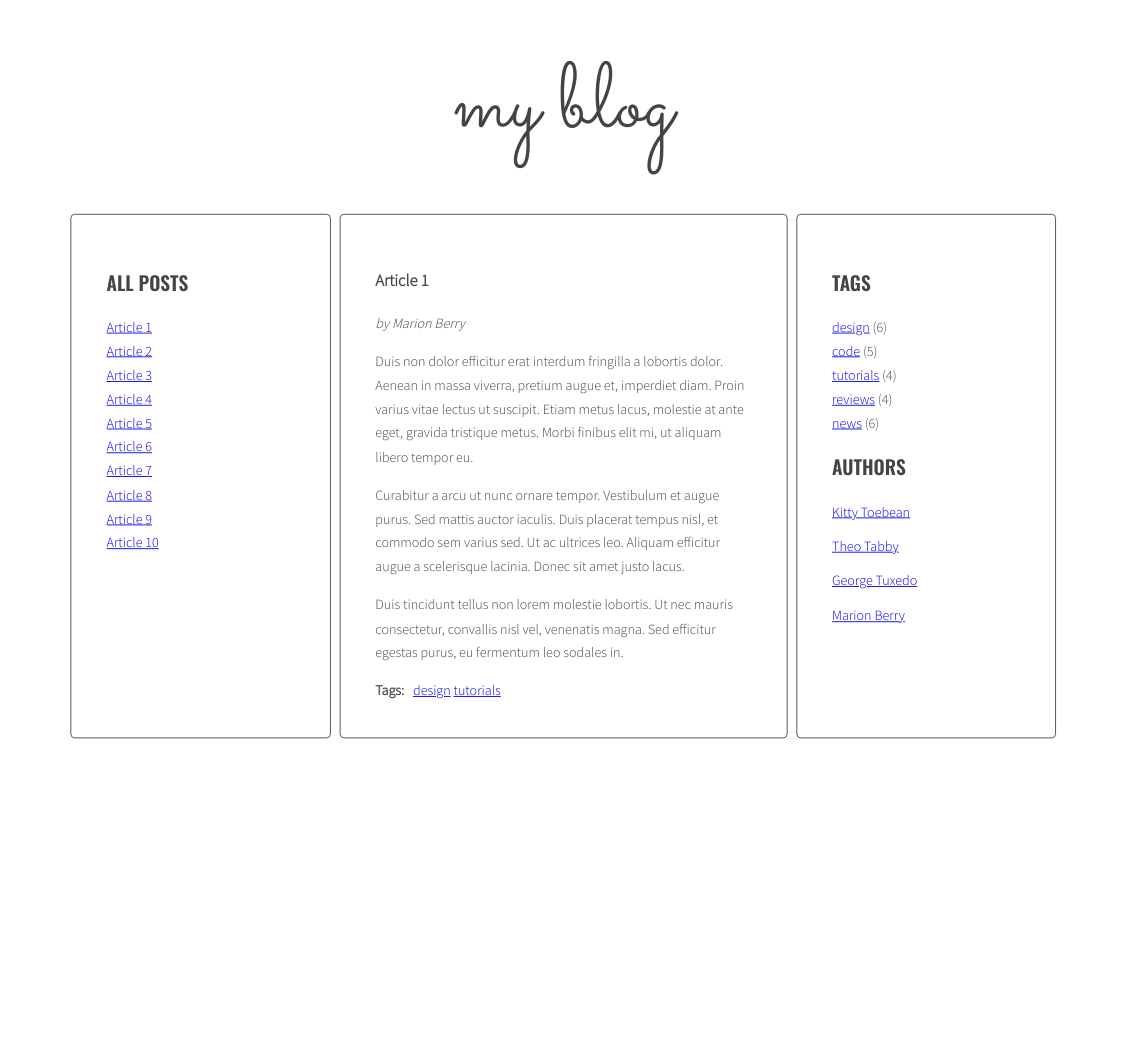
Repository: ulasup/javascript-blog
Page: index.html
An editor plug-in stored every save of this project. The page is shown before and after the next save, followed by the edit.
The browser window is 1280 px wide. The pictures show the whole page, at 88% of full size.
The style sheet was rebuilt from its Sass, Less or Tailwind sources for each picture, by a compiler version that may differ from the author's.

Above is the page before, as saved 2020-12-19 12:10:16.

### index.html
<!DOCTYPE html>
<html  lang="en">
    <head>
        <meta charset="UTF-8">
        <title>Film blog</title>
        <link rel="stylesheet" href="css/style.css">
    </head>
    <body>
        <div class="blog">
            <div class="container">
              <h1 class="logo">my blog</h1>
              <main class="wrapper">
                <aside class="sidebar">
                  <h2 class="section-title">All posts</h2>
                  <ul class="list titles">

                  </ul>
                </aside>
                <section class="posts">
                  <article class="post active" id="article-1" data-tags="design tutorials">
                    <h3 class="post-title">Article 1</h3>
                    <p class="post-author">by Marion Berry</p>
                    <div class="post-content">
                      <p>Duis non dolor efficitur erat interdum fringilla a lobortis dolor. Aenean in massa viverra, pretium augue et, imperdiet diam. Proin varius vitae lectus ut suscipit. Etiam metus lacus, molestie at ante eget, gravida tristique metus. Morbi finibus elit mi, ut aliquam libero tempor eu.</p>
                      <p>Curabitur a arcu ut nunc ornare tempor. Vestibulum et augue purus. Sed mattis auctor iaculis. Duis placerat tempus nisl, et commodo sem varius sed. Ut ac ultrices leo. Aliquam efficitur augue a scelerisque lacinia. Donec sit amet justo lacus.</p>
                      <p>Duis tincidunt tellus non lorem molestie lobortis. Ut nec mauris consectetur, convallis nisl vel, venenatis magna. Sed efficitur egestas purus, eu fermentum leo sodales in.</p>
                    </div>
                    <div class="post-tags">
                      <p><strong>Tags:</strong></p>
                      <ul class="list list-horizontal">
                        <li><a href="#">design</a></li>
                        <li><a href="#">tutorials</a></li>
                      </ul>
                    </div>
                  </article>
                  <article class="post" id="article-2" data-tags="news code">
                    <h3 class="post-title">Article 2</h3>
                    <p class="post-author">by Theo Tabby</p>
                    <div class="post-content">
                      <p>Phasellus sollicitudin, arcu vel iaculis ullamcorper, quam leo viverra orci, et faucibus quam sapien vel est. Maecenas ac suscipit elit. Nullam interdum, lorem vitae venenatis pulvinar, ex dui malesuada nunc, tempus cursus enim metus vel nulla.</p>
                      <p>Integer hendrerit, eros id efficitur dapibus, ante arcu ullamcorper orci, a iaculis felis turpis at purus. Quisque sodales posuere sapien vel consectetur. Duis dui urna, commodo non ante nec, mattis dictum enim. Donec aliquam erat sed diam lobortis, vel gravida lacus laoreet. Phasellus pretium maximus mi, eu posuere justo suscipit vel.</p>
                      <p>Nam magna nisl, varius in malesuada vitae, facilisis vel metus. Proin rhoncus euismod leo dictum lobortis. Suspendisse non ante sapien.</p>
                    </div>
                    <div class="post-tags">
                      <p><strong>Tags:</strong></p>
                      <ul class="list list-horizontal">
                        <li><a href="#">news</a></li>
                        <li><a href="#">code</a></li>
                      </ul>
                    </div>
                  </article>
                  <article class="post" id="article-3" data-tags="news reviews design">
                    <h3 class="post-title">Article 3</h3>
                    <p class="post-author">by George Tuxedo</p>
                    <div class="post-content">
                      <p>Mauris vel pellentesque turpis, ac sodales nisl. Quisque iaculis mi velit, ut convallis tellus accumsan a. Quisque iaculis, nisi et dignissim tincidunt, nisl eros euismod nulla, finibus laoreet erat enim posuere elit.</p>
                      <p>Aenean at semper urna. Duis vel sapien molestie, egestas diam consequat, molestie nulla. Praesent a malesuada metus. Praesent et tempus leo.</p>
                      <p>Mauris in eleifend neque, vitae eleifend velit. Maecenas purus est, bibendum eget imperdiet id, dictum sed ante. Aenean a magna et eros sagittis aliquet.</p>
                    </div>
                    <div class="post-tags">
                      <p><strong>Tags:</strong></p>
                      <ul class="list list-horizontal">
                        <li><a href="#">news</a></li>
                        <li><a href="#">reviews</a></li>
                        <li><a href="#">design</a></li>
                      </ul>
                    </div>
                  </article>
                  <article class="post" id="article-4" data-tags="tutorials code design">
                    <h3 class="post-title">Article 4</h3>
                    <p class="post-author">by Kitty Toebean</p>
                    <div class="post-content">
                      <p>Morbi vel cursus nulla, vel varius mauris. Suspendisse sed elit sit amet risus faucibus vestibulum ut sit amet purus. Donec orci est, condimentum ut quam quis, scelerisque fringilla ligula.</p>
                      <p>Quisque bibendum nisl id quam sagittis, id pretium dolor scelerisque. Suspendisse non odio nec velit dapibus placerat non a libero.</p>
                      <p>Vivamus at tristique ex, feugiat sagittis ex. Cras cursus, ipsum et efficitur commodo, urna sapien rutrum magna, quis sodales justo ligula eget nunc. In hac habitasse platea dictumst.</p>
                    </div>
                    <div class="post-tags">
                      <p><strong>Tags:</strong></p>
                      <ul class="list list-horizontal">
                        <li><a href="#">tutorials</a></li>
                        <li><a href="#">code</a></li>
                        <li><a href="#">design</a></li>
                      </ul>
                    </div>
                  </article>
                  <article class="post" id="article-5" data-tags="design reviews">
                    <h3 class="post-title">Article 5</h3>
                    <p class="post-author">by Marion Berry</p>
                    <div class="post-content">
                      <p>Suspendisse sem eros, euismod condimentum arcu ac, consequat fermentum orci. Nam convallis lacus nec interdum vestibulum. Vestibulum luctus, quam eu tristique ornare, lorem nibh sodales enim, vitae tempor dolor ante vitae tortor.</p>
                      <p>Duis venenatis metus quis luctus lobortis. In porttitor ipsum eget ligula aliquam ornare. Cras malesuada urna id volutpat sodales.</p>
                      <p>Donec lobortis ultricies turpis, eu viverra magna gravida quis. Fusce sit amet pretium nulla. Duis rutrum metus vel libero sodales, pellentesque varius ex pulvinar.</p>
                    </div>
                    <div class="post-tags">
                      <p><strong>Tags:</strong></p>
                      <ul class="list list-horizontal">
                        <li><a href="#">design</a></li>
                        <li><a href="#">reviews</a></li>
                      </ul>
                    </div>
                  </article>
                  <article class="post" id="article-6" data-tags="reviews code">
                    <h3 class="post-title">Article 6</h3>
                    <p class="post-author">by George Tuxedo</p>
                    <div class="post-content">
                      <p>Donec posuere iaculis ante sed hendrerit. Lorem ipsum dolor sit amet, consectetur adipiscing elit. Quisque hendrerit neque nec urna tincidunt, quis vehicula dui vulputate. Morbi est sapien, auctor ut lectus eu, placerat viverra lorem.</p>
                      <p>Cras consectetur at erat id accumsan. Suspendisse lacinia in nulla quis vulputate. Nunc vitae consectetur augue. Nam ut vehicula mi. Aliquam tristique, purus in hendrerit porta, elit lectus finibus mi, vel malesuada nisl lectus a libero.</p>
                      <p>Nam quis efficitur ante. Sed eget purus quis ex commodo porta eu sit amet dolor. Mauris tellus nisl, dictum nec est vitae, condimentum ornare ante. Fusce ornare hendrerit maximus. In maximus rhoncus justo.</p>
                    </div>
                    <div class="post-tags">
                      <p><strong>Tags:</strong></p>
                      <ul class="list list-horizontal">
                        <li><a href="#">reviews</a></li>
                        <li><a href="#">code</a></li>
                      </ul>
                    </div>
                  </article>
                  <article class="post" id="article-7" data-tags="code news">
                    <h3 class="post-title">Article 7</h3>
                    <p class="post-author">by Kitty Toebean</p>
                    <div class="post-content">
                      <p>Donec eleifend mauris ac nisl fermentum, ac fermentum turpis dignissim. Aliquam diam nisl, imperdiet a varius eget, lobortis sed nisi. Nullam suscipit ipsum sed magna blandit, sed pellentesque urna malesuada.</p>
                      <p>Duis vestibulum arcu et lectus viverra porta. Praesent tempor lacus eget quam mattis, sit amet venenatis diam ultrices. Morbi gravida sapien quis ligula tincidunt, vel sagittis erat ultrices.</p>
                      <p>Ut orci tellus, laoreet ac diam ut, tempus bibendum nisi. Nam egestas sagittis nibh. Curabitur tristique dui quis egestas pretium. Duis eu felis orci.</p>
                    </div>
                    <div class="post-tags">
                      <p><strong>Tags:</strong></p>
                      <ul class="list list-horizontal">
                        <li><a href="#">code</a></li>
                        <li><a href="#">news</a></li>
                      </ul>
                    </div>
                  </article>
                  <article class="post" id="article-8" data-tags="news design tutorials">
                    <h3 class="post-title">Article 8</h3>
                    <p class="post-author">by Theo Tabby</p>
                    <div class="post-content">
                      <p>Praesent quis imperdiet erat. Curabitur tempor sapien a interdum malesuada. Proin libero erat, sagittis a sollicitudin eget, pulvinar nec risus. Cras et suscipit sem.</p>
                      <p>Maecenas consequat diam nec sollicitudin congue. Aenean porttitor porttitor quam, condimentum interdum metus congue sed. Donec at nulla ipsum.</p>
                      <p>Mauris non congue dui. Aenean ac eros vitae massa vulputate aliquet ut ac elit. Morbi iaculis auctor nunc aliquet luctus. Nunc tincidunt sem dui, quis interdum leo pellentesque eget. Fusce id leo varius, imperdiet nunc vitae, tristique mi. Mauris quis interdum justo. Mauris auctor purus eu leo faucibus feugiat. Nulla at odio vitae leo semper blandit.</p>
                    </div>
                    <div class="post-tags">
                      <p><strong>Tags:</strong></p>
                      <ul class="list list-horizontal">
                        <li><a href="#">news</a></li>
                        <li><a href="#">design</a></li>
                        <li><a href="#">tutorials</a></li>
                      </ul>
                    </div>
                  </article>
                  <article class="post" id="article-9" data-tags="news tutorials">
                    <h3 class="post-title">Article 9</h3>
                    <p class="post-author">by Marion Berry</p>
                    <div class="post-content">
                      <p>Tam et facilisis purus. Donec vulputate est quis lobortis posuere. Nunc vitae lorem ut odio faucibus pulvinar nec in justo. Ut ut ante ac tellus ornare tempus. Nunc maximus, tortor et dictum convallis, nunc libero posuere leo, scelerisque ultrices arcu sapien ut tellus.</p>
                      <p>Fusce lacinia augue massa, non tincidunt tortor auctor quis. Vestibulum ut pretium nisl. Etiam id tellus tempus, commodo ligula vehicula, porta magna.</p>
                      <p>Donec fringilla blandit dolor vel aliquet. Fusce tortor sapien, lobortis eu vehicula sit amet, dignissim et lectus. In ullamcorper metus vel massa fermentum, at fermentum dui sollicitudin. Nullam lacinia elit vel tortor ullamcorper pulvinar.</p>
                    </div>
                    <div class="post-tags">
                      <p><strong>Tags:</strong></p>
                      <ul class="list list-horizontal">
                        <li><a href="#">news</a></li>
                        <li><a href="#">tutorials</a></li>
                      </ul>
                    </div>
                  </article>
                  <article class="post" id="article-10" data-tags="code design news reviews">
                    <h3 class="post-title">Article 10</h3>
                    <p class="post-author">by George Tuxedo</p>
                    <div class="post-content">
                      <p>Aliquam erat volutpat. Ut non eleifend lectus. Donec suscipit tellus tempor, ornare dui id, hendrerit neque. Phasellus lacinia laoreet dui in luctus. Sed hendrerit, magna sit amet varius tempor, augue augue scelerisque est, non scelerisque mauris libero eu sapien.</p>
                      <p>Sed at sapien in quam sollicitudin aliquam. In interdum metus a mi porttitor luctus. Sed commodo, arcu id lacinia posuere, felis elit pharetra urna, at feugiat est orci sit amet libero. Quisque in nisl est. Nullam vehicula at lectus non luctus. Cras aliquam neque magna, at varius nisi egestas ut.</p>
                      <p>Rhoncus purus nulla, non auctor lacus placerat ut. Aliquam condimentum eget magna ac gravida. Etiam egestas faucibus urna et finibus. Cras vel tellus vel magna suscipit euismod. Maecenas id arcu ante. Duis iaculis scelerisque erat, at ullamcorper arcu consectetur eu. Fusce aliquam diam at arcu pharetra, vel fermentum nunc lobortis.</p>
                    </div>
                    <div class="post-tags">
                      <p><strong>Tags:</strong></p>
                      <ul class="list list-horizontal">
                        <li><a href="#">code</a></li>
                        <li><a href="#">design</a></li>
                        <li><a href="#">news</a></li>
                        <li><a href="#">reviews</a></li>
                      </ul>
                    </div>
                  </article>
                </section>
                <aside class="sidebar">
                  <h2 class="section-title">Tags</h2>
                  <ul class="list tags">
                    <li><a href="#">design</a> <span>(6)</span></li>
                    <li><a href="#">code</a> <span>(5)</span></li>
                    <li><a href="#">tutorials</a> <span>(4)</span></li>
                    <li><a href="#">reviews</a> <span>(4)</span></li>
                    <li><a href="#">news</a> <span>(6)</span></li>
                  </ul>
                  <h2 class="section-title">Authors</h2>
                  <ul class="list authors">
                    <li>
                      <a href="#">
                        <span class="author-name">Kitty Toebean</span>
                      </a>
                    </li>
                    <li>
                      <a href="#">
                        <span class="author-name">Theo Tabby</span>
                      </a>
                    </li>
                    <li>
                      <a href="#">
                        <span class="author-name">George Tuxedo</span>
                      </a>
                    </li>
                    <li>
                      <a href="#">
                        <span class="author-name">Marion Berry</span>
                      </a>
                    </li>
                  </ul>
                </aside>
              </main>
            </div>
          </div>
    <script src="js/script.js"></script>
    </body>
</html>

### sass/style.scss
@import url('https://fonts.googleapis.com/css?family=Oswald:400,600|Sacramento|Source+Sans+Pro:300&subset=latin-ext');

/* Variables */

$color-light: #fff;
$color-dark: #444;

$font-logo: 'Sacramento', cursive;
$font-header: 'Oswald', sans-serif;
$font-text: 'Source Sans Pro', sans-serif;

/* Global */

*, *::before, *::after {
  box-sizing: border-box;
}

body {
  background: $color-light;
  font-family: $font-text;
  color: $color-dark;
  font-weight: 300;
  font-size: 16px;
  line-height: 1.7;
}

.container {
  max-width: 1140px;
  margin: 0 auto;
}

.section-title {
  font-size: 22px;
  text-transform: uppercase;
  font-family: $font-header;
  font-weight: 600;

  span {
    text-transform: none;
    font-weight: 400;
    color: lighten($color-dark, 20%);
  }
}

/* Layout */

.wrapper {
  display: flex;
  margin-left: 10px;
}

.sidebar {
  flex: 1 0 0;
}

.posts {
  flex: 2 0 0;
}

.sidebar, .posts {
  background: $color-light;
  margin-right: 10px;
  padding: 40px;
  border: 1px solid $color-dark;
  border-radius: 5px;
}

/* Logo */

.logo {
  font-family: $font-logo;
  font-weight: 400;
  font-size: 104px;
  line-height: 1;
  text-align: center;
}

/* Lists */

.list {
  list-style-type: none;
  margin: 0;
  padding: 0;

  .active {
    font-weight: bold;
  }
}

.list-horizontal {
  li {
    display: inline-block;
  }
}

/* Authors */

.authors {
  li {
    margin-bottom: 12px;
  }
}

/* Post */

.post {
  z-index: 1;
  position: absolute;
  opacity: 0;

  &.active {
    z-index: 2;
    position: relative;
    opacity: 1;
    transition: opacity 1s;
  }
}

.post-author {
  font-style: italic;
}

.post-tags {
  display: flex;

  p {
    margin: 0 10px 0 0;
  }
}

Loaded but not shown: js/script.js (82 lines, source omitted)

After the next save:
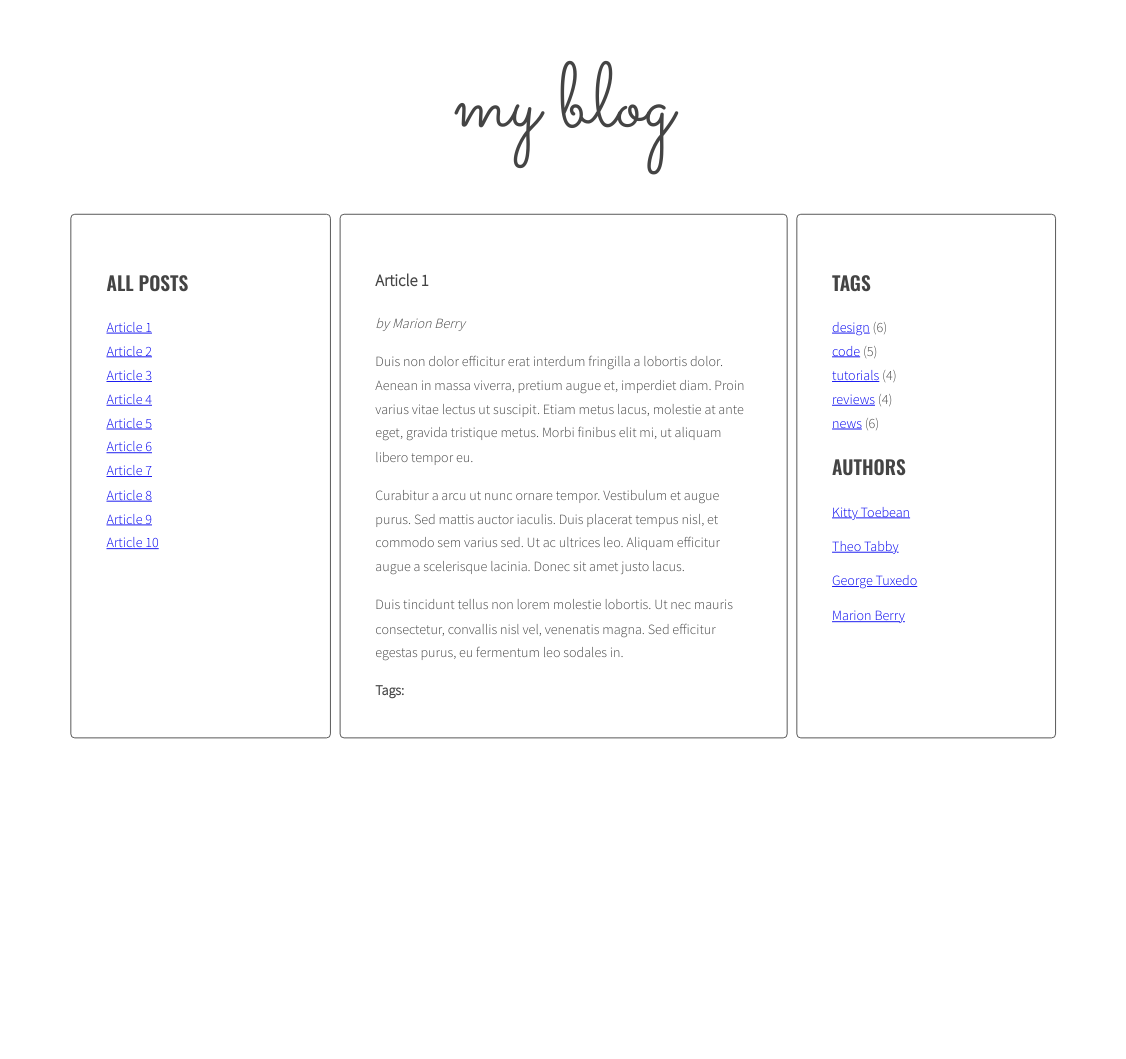
Saved 92 s later.
--- a/index.html
+++ b/index.html
@@ -13,7 +13,6 @@
                 <aside class="sidebar">
                   <h2 class="section-title">All posts</h2>
                   <ul class="list titles">
-
                   </ul>
                 </aside>
                 <section class="posts">
@@ -28,8 +27,6 @@
                     <div class="post-tags">
                       <p><strong>Tags:</strong></p>
                       <ul class="list list-horizontal">
-                        <li><a href="#">design</a></li>
-                        <li><a href="#">tutorials</a></li>
                       </ul>
                     </div>
                   </article>
@@ -44,8 +41,6 @@
                     <div class="post-tags">
                       <p><strong>Tags:</strong></p>
                       <ul class="list list-horizontal">
-                        <li><a href="#">news</a></li>
-                        <li><a href="#">code</a></li>
                       </ul>
                     </div>
                   </article>
@@ -60,9 +55,6 @@
                     <div class="post-tags">
                       <p><strong>Tags:</strong></p>
                       <ul class="list list-horizontal">
-                        <li><a href="#">news</a></li>
-                        <li><a href="#">reviews</a></li>
-                        <li><a href="#">design</a></li>
                       </ul>
                     </div>
                   </article>
@@ -77,9 +69,6 @@
                     <div class="post-tags">
                       <p><strong>Tags:</strong></p>
                       <ul class="list list-horizontal">
-                        <li><a href="#">tutorials</a></li>
-                        <li><a href="#">code</a></li>
-                        <li><a href="#">design</a></li>
                       </ul>
                     </div>
                   </article>
@@ -94,8 +83,6 @@
                     <div class="post-tags">
                       <p><strong>Tags:</strong></p>
                       <ul class="list list-horizontal">
-                        <li><a href="#">design</a></li>
-                        <li><a href="#">reviews</a></li>
                       </ul>
                     </div>
                   </article>
@@ -110,8 +97,6 @@
                     <div class="post-tags">
                       <p><strong>Tags:</strong></p>
                       <ul class="list list-horizontal">
-                        <li><a href="#">reviews</a></li>
-                        <li><a href="#">code</a></li>
                       </ul>
                     </div>
                   </article>
@@ -126,8 +111,6 @@
                     <div class="post-tags">
                       <p><strong>Tags:</strong></p>
                       <ul class="list list-horizontal">
-                        <li><a href="#">code</a></li>
-                        <li><a href="#">news</a></li>
                       </ul>
                     </div>
                   </article>
@@ -142,9 +125,6 @@
                     <div class="post-tags">
                       <p><strong>Tags:</strong></p>
                       <ul class="list list-horizontal">
-                        <li><a href="#">news</a></li>
-                        <li><a href="#">design</a></li>
-                        <li><a href="#">tutorials</a></li>
                       </ul>
                     </div>
                   </article>
@@ -159,8 +139,6 @@
                     <div class="post-tags">
                       <p><strong>Tags:</strong></p>
                       <ul class="list list-horizontal">
-                        <li><a href="#">news</a></li>
-                        <li><a href="#">tutorials</a></li>
                       </ul>
                     </div>
                   </article>
@@ -175,10 +153,6 @@
                     <div class="post-tags">
                       <p><strong>Tags:</strong></p>
                       <ul class="list list-horizontal">
-                        <li><a href="#">code</a></li>
-                        <li><a href="#">design</a></li>
-                        <li><a href="#">news</a></li>
-                        <li><a href="#">reviews</a></li>
                       </ul>
                     </div>
                   </article>
